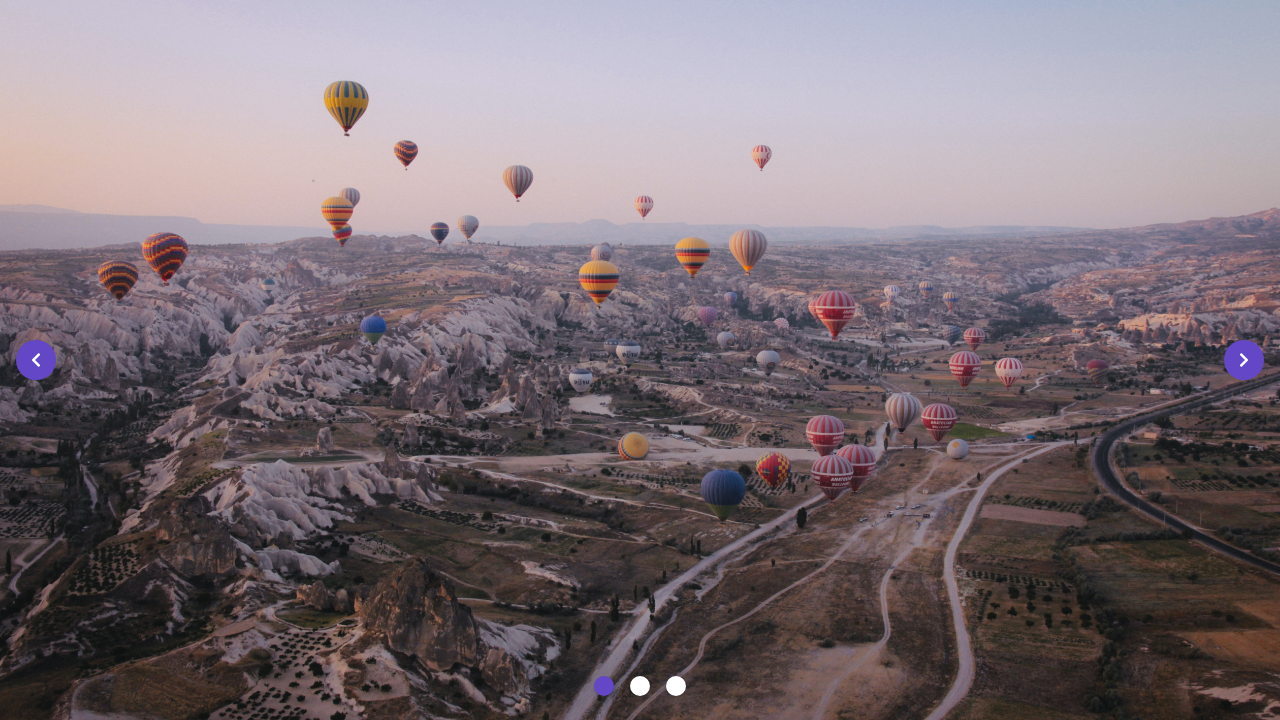
Repository: tomas938/vue-3-carousel-main
Page: /
The author's editor kept a copy of each file at every save. The page is drawn from the files as they stood at one save, then again after the next save.
The browser window is 1280 px wide. The pictures show the whole page.
The project was rebuilt for these pictures with package versions that can differ from the ones it lists, and the page was loaded fresh each time.

Above is the page before, as saved 2021-07-28 11:03:28.

After the next save:
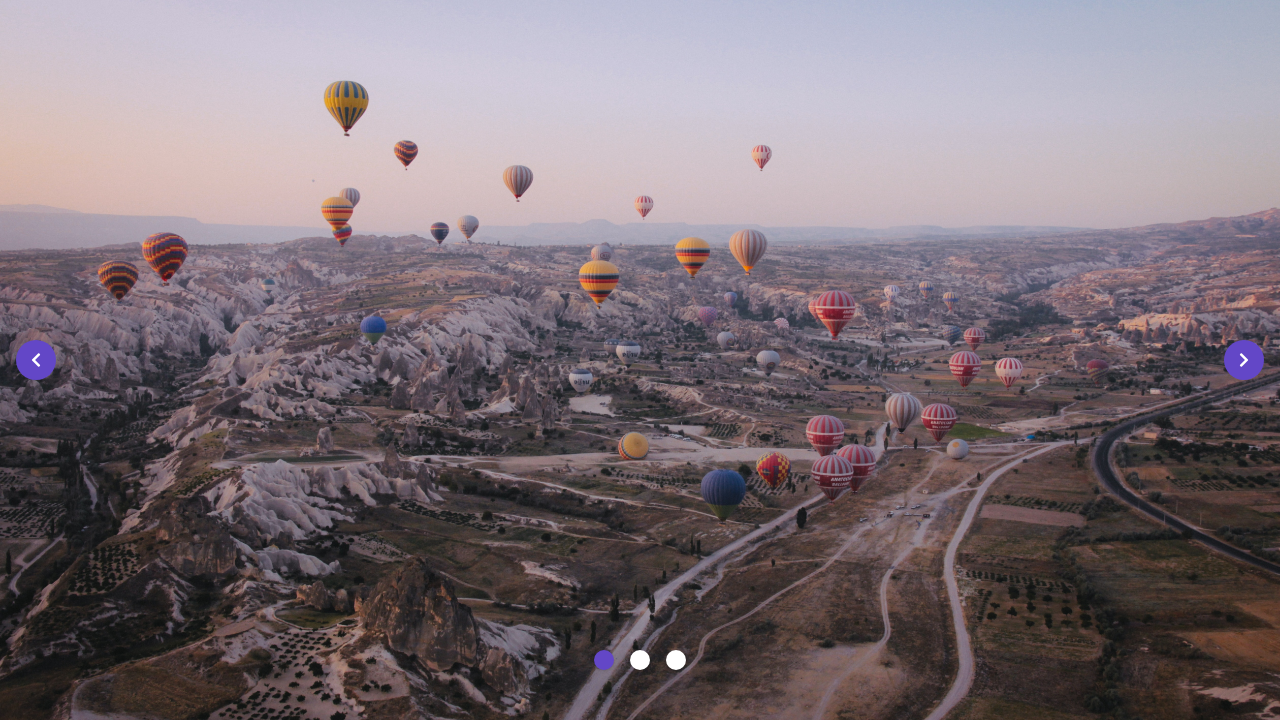
Saved 115 s later.
--- a/src/components/Carousel.vue
+++ b/src/components/Carousel.vue
@@ -120,7 +120,7 @@ export default {
 
 .pagination {
 	position: absolute;
-	bottom: 24px;
+	bottom: 50px;
 	width: 100%;
 	display: flex;
 	gap: 16px;
